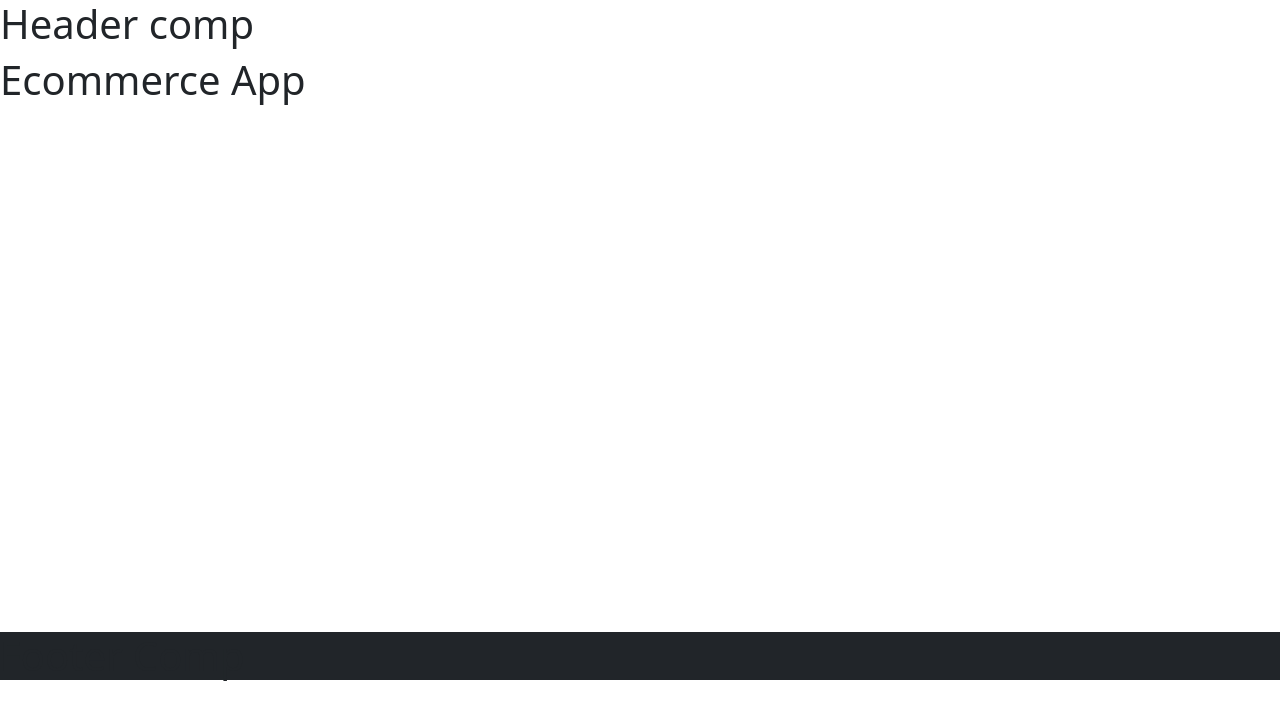
Repository: Abhi2359/SaleXpress
Page: / (app in client/)
The author's editor kept a copy of each file at every save. The page is drawn from the files as they stood at one save, then again after a run of saves.
The browser window is 1280 px wide. The pictures show the whole page.
The project was rebuilt for these pictures with package versions that can differ from the ones it lists, and the page was loaded fresh each time. Also part of the build but not shown: client/vite.config.js, client/src/App.css.

Above is the page before, as saved 2023-05-08 18:20:30.

### client/index.html
<!DOCTYPE html>
<html lang="en">
  <head>
    <meta charset="UTF-8" />
    <link href="https://cdn.jsdelivr.net/npm/bootstrap@5.3.0-alpha3/dist/css/bootstrap.min.css" rel="stylesheet" integrity="sha384-KK94CHFLLe+nY2dmCWGMq91rCGa5gtU4mk92HdvYe+M/SXH301p5ILy+dN9+nJOZ" crossorigin="anonymous">
    <meta name="viewport" content="width=device-width, initial-scale=1.0" />
    <title>SaleXpress</title>
  </head>
  <body>
    <div id="root"></div>
    <script src="https://cdn.jsdelivr.net/npm/bootstrap@5.3.0-alpha3/dist/js/bootstrap.bundle.min.js" integrity="sha384-ENjdO4Dr2bkBIFxQpeoTz1HIcje39Wm4jDKdf19U8gI4ddQ3GYNS7NTKfAdVQSZe" crossorigin="anonymous"></script>
    <script type="module" src="/src/main.jsx"></script>
  </body>
</html>

### client/src/App.jsx
import { useState } from 'react'


import './App.css'
import Layout from './components/Layout/Layout'
function App() {

  return (
    <>
    <Layout>

     <h1>Ecommerce App</h1>
    </Layout>
    </>
  )
}

export default App

### client/src/index.css

@import url('https://fonts.googleapis.com/css2?family=Heebo:wght@600&family=Kumbh+Sans:wght@800&family=Playfair+Display:wght@700&family=Poppins:ital,wght@0,300;0,400;0,500;1,300;1,600&display=swap');


*{
    margin: 0;
    padding: 0;
    box-sizing: border-box;
}

/* font-family: 'Poppins', sans-serif; */
/* font-family: 'Playfair Display', serif; */

### client/src/components/Layout/Layout.jsx
import React from 'react'
import Header from './Header'
import Footer from './Footer'

const Layout = ({children}) => {
  return (
    <div>
        <Header/>
        <main style={{minHeight:"80vh"}}>

        {children}
        </main>
        <Footer/>
    </div>
  )
}

export default Layout

### client/src/components/Layout/Header.jsx
import React from 'react'

const Header = () => {
  return (
    <div>
        <h1>Header comp</h1>
    </div>
  )
}

export default Header

### client/src/components/Layout/Footer.jsx
import React from 'react'

const Footer = () => {
  return (
    <div className='bg-dark'>
        <h1>Footer Comp</h1>
    </div>
  )
}

export default Footer

Loaded but not shown: client/src/main.jsx (common file)

After the next 3 saves:
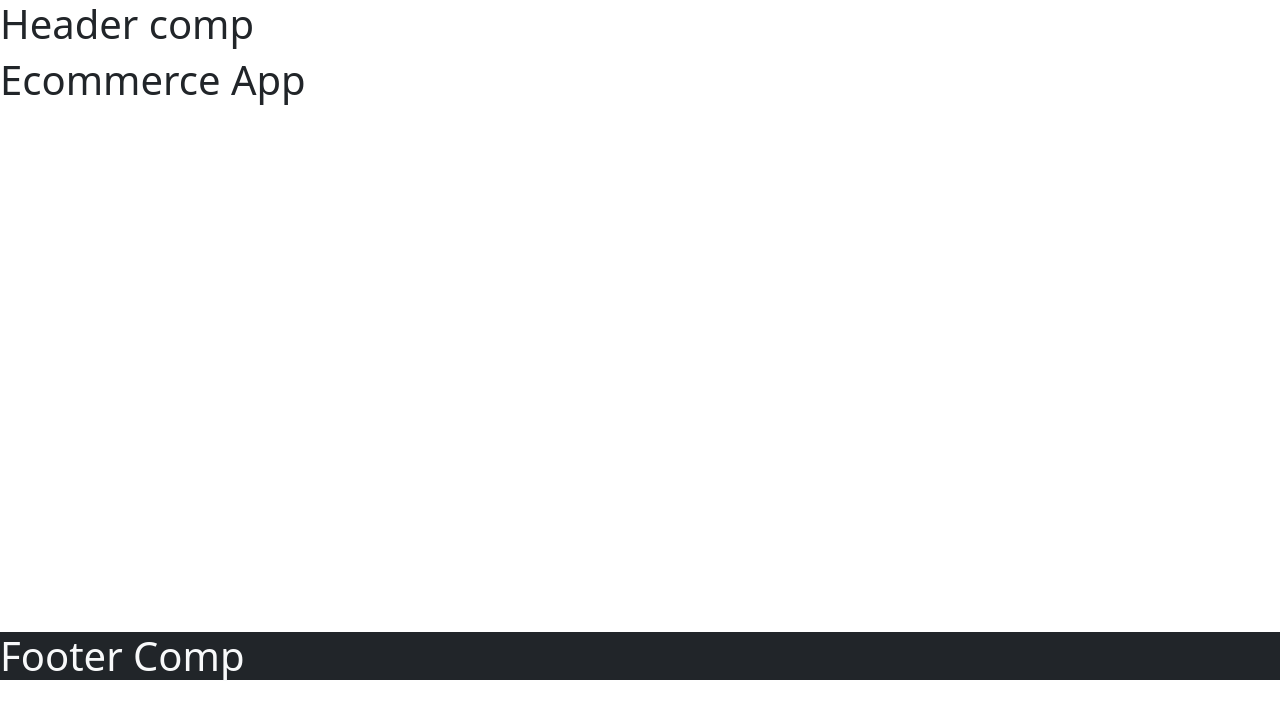
The 3 saves are shown as one change because they came seconds apart.
The last was saved 9 s later.
--- a/client/src/components/Layout/Footer.jsx
+++ b/client/src/components/Layout/Footer.jsx
@@ -2,7 +2,7 @@ import React from 'react'
 
 const Footer = () => {
   return (
-    <div className='bg-dark'>
+    <div className='bg-dark text-light '>
         <h1>Footer Comp</h1>
     </div>
   )
